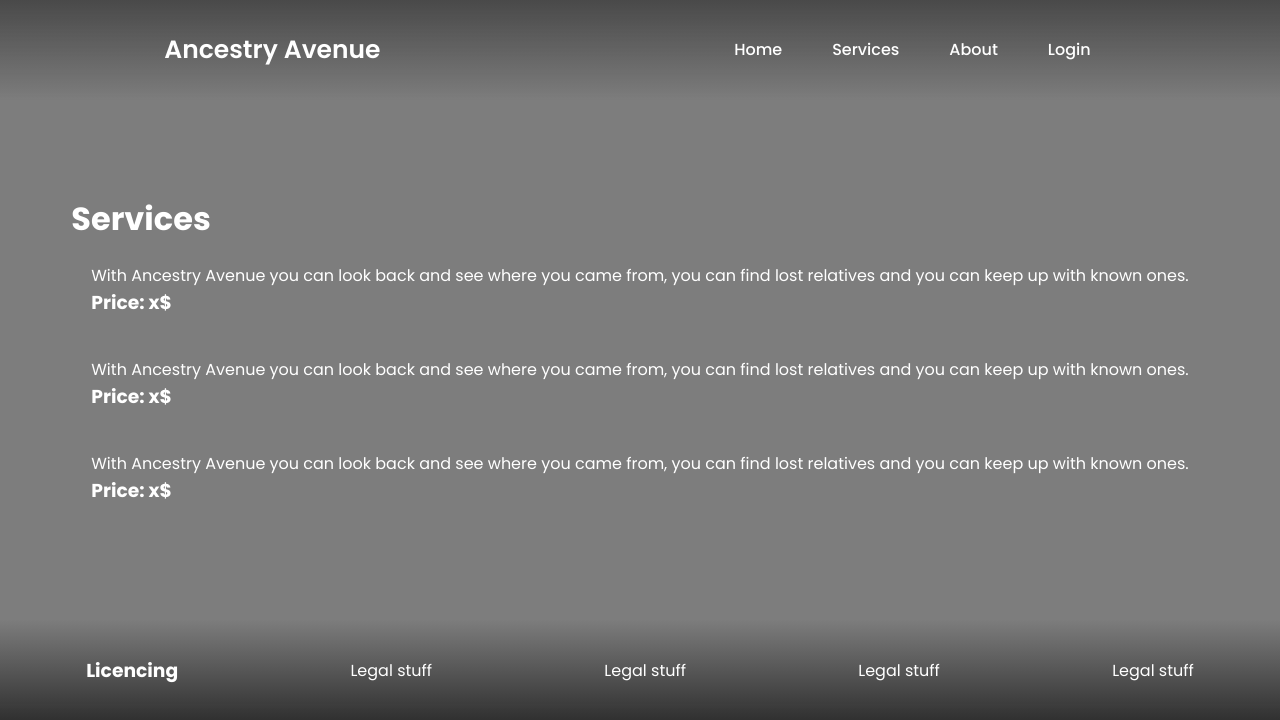
Repository: Erik-Paulin/24wuab
Page: services.html
These files come from the project's save history. The page is drawn as it stood at one moment and after a run of saves; the edit follows.
The browser window is 1280 px wide. The pictures show the whole page.

Above is the page before, as saved 2024-05-04 17:29:37.
Console error: TypeError: Cannot read properties of null (reading 'addEventListener')

After the next 2 saves:
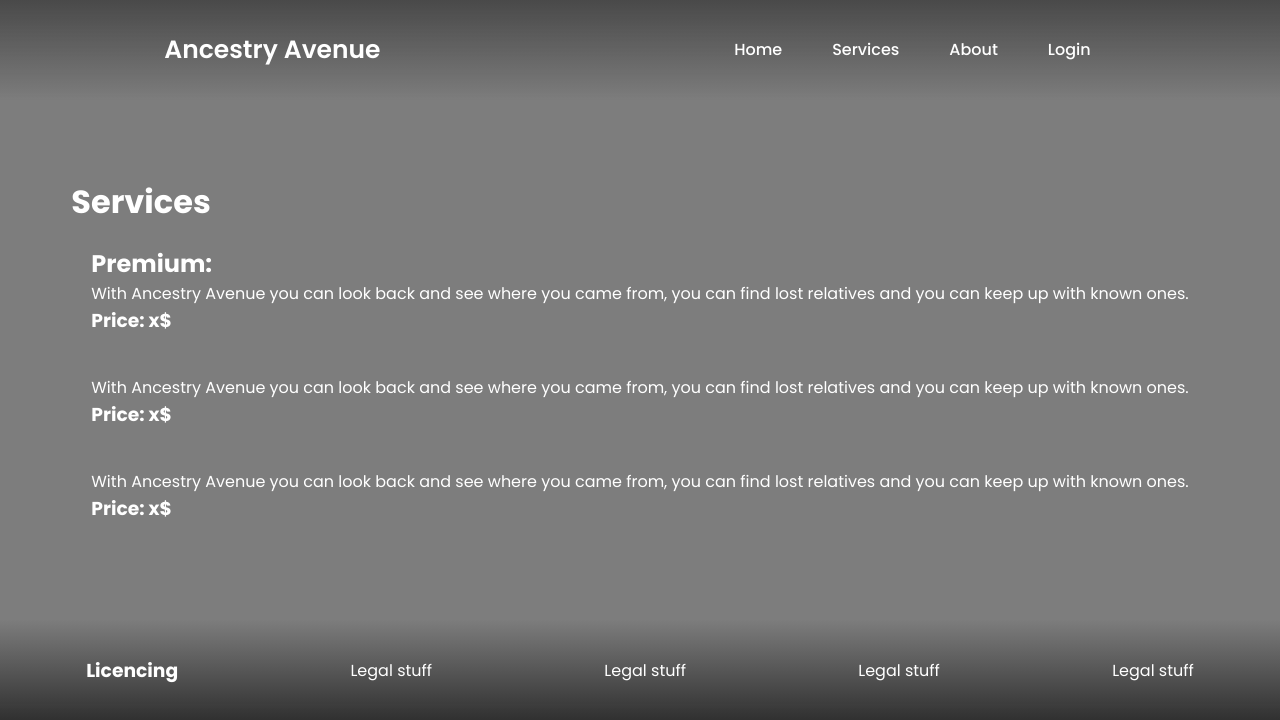
The 2 saves are shown as one change because they came seconds apart.
The last was saved 7 s later.
--- a/services.html
+++ b/services.html
@@ -44,7 +44,7 @@
             </div>
             <div class="info">
               <h2>
-
+                Premium:
               </h2>
               <p>
                 With Ancestry Avenue you can look back and see where you came
